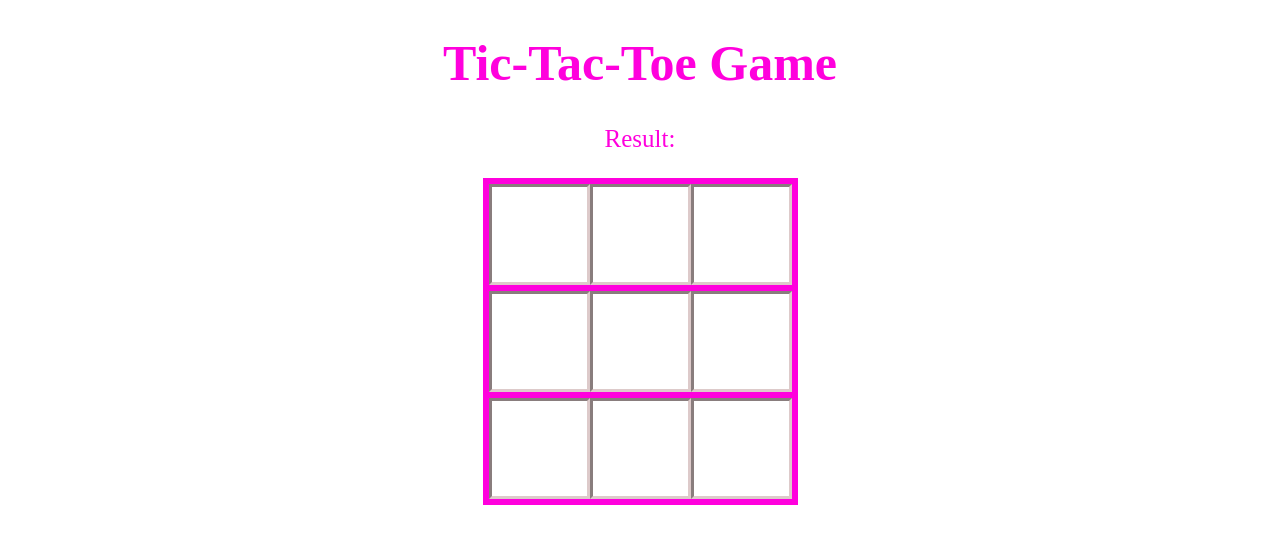
Repository: 0101chaitanya/Tic-Tac-Toe
Page: index.html
The author's editor kept a copy of each file at every save. The page is drawn from the files as they stood at one save, then again after a run of saves.
The browser window is 1280 px wide. The pictures show the whole page.

Above is the page before, as saved 2021-06-09 18:06:21.

After the next 6 saves:
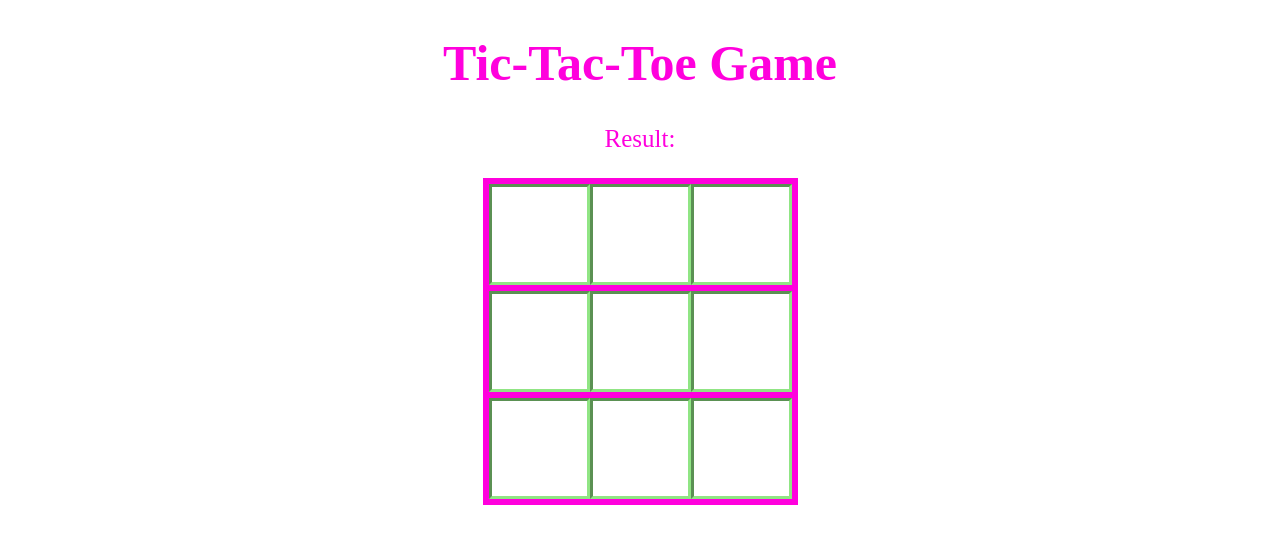
The 6 saves are shown as one change because they came seconds apart.
The last was saved 12 s later.
--- a/styles.css
+++ b/styles.css
@@ -45,5 +45,5 @@
     width:3.8rem;
     height:3.8rem;
 border-style:inset;
-border-color:rgb(221, 202, 202)
+border-color:rgb(144, 229, 132)
 }
